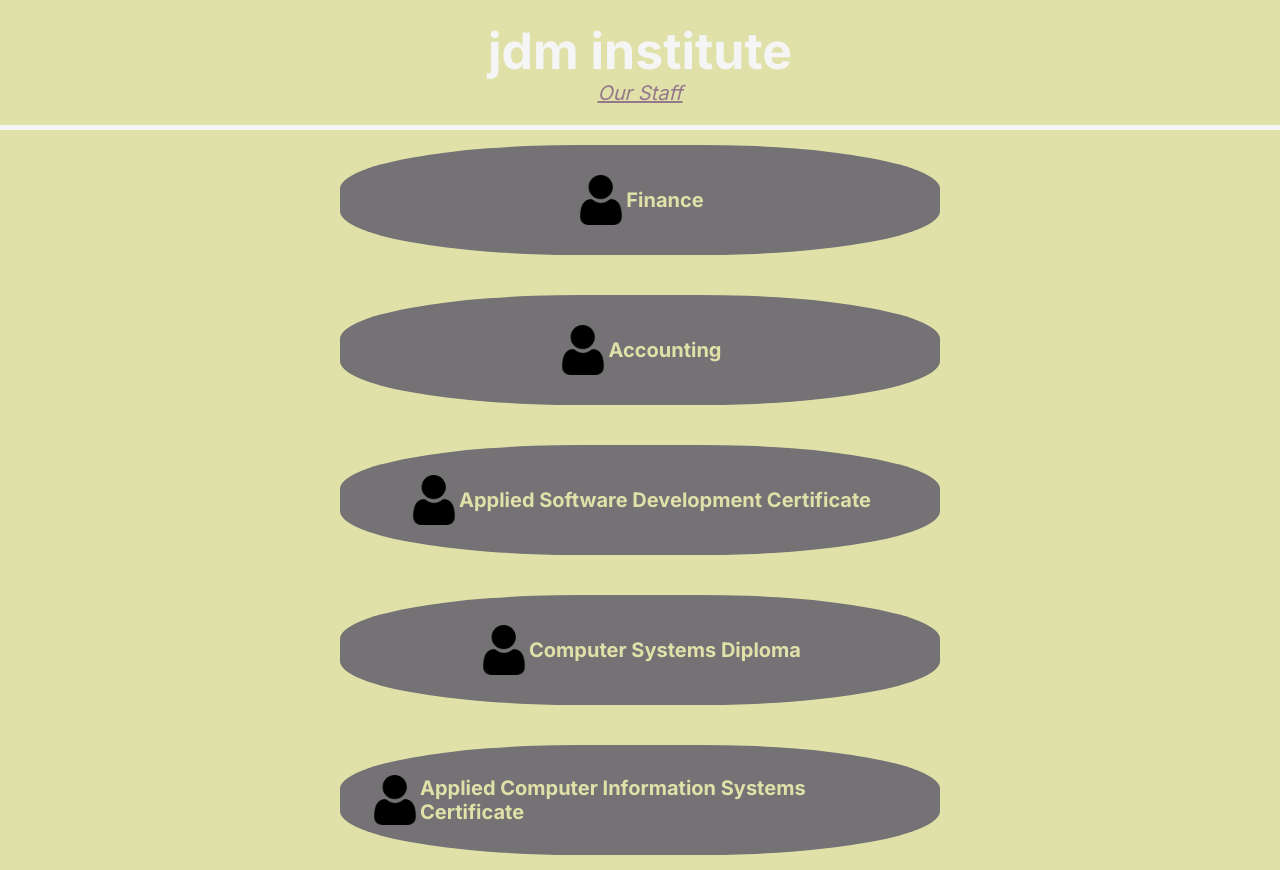
Repository: jennydmcm/class03practice
Page: /
An editor plug-in stored every save of this project. The page is shown before and after the next save, followed by the edit.
The browser window is 1280 px wide. The pictures show the whole page.
The project was rebuilt for these pictures with package versions that can differ from the ones it lists, and the page was loaded fresh each time. The framework's server and built-in components were replaced by stand-ins that run in the browser. Also part of the build but not shown: next.config.js.

Above is the page before, as saved 2023-01-25 13:05:38.

After the next save:
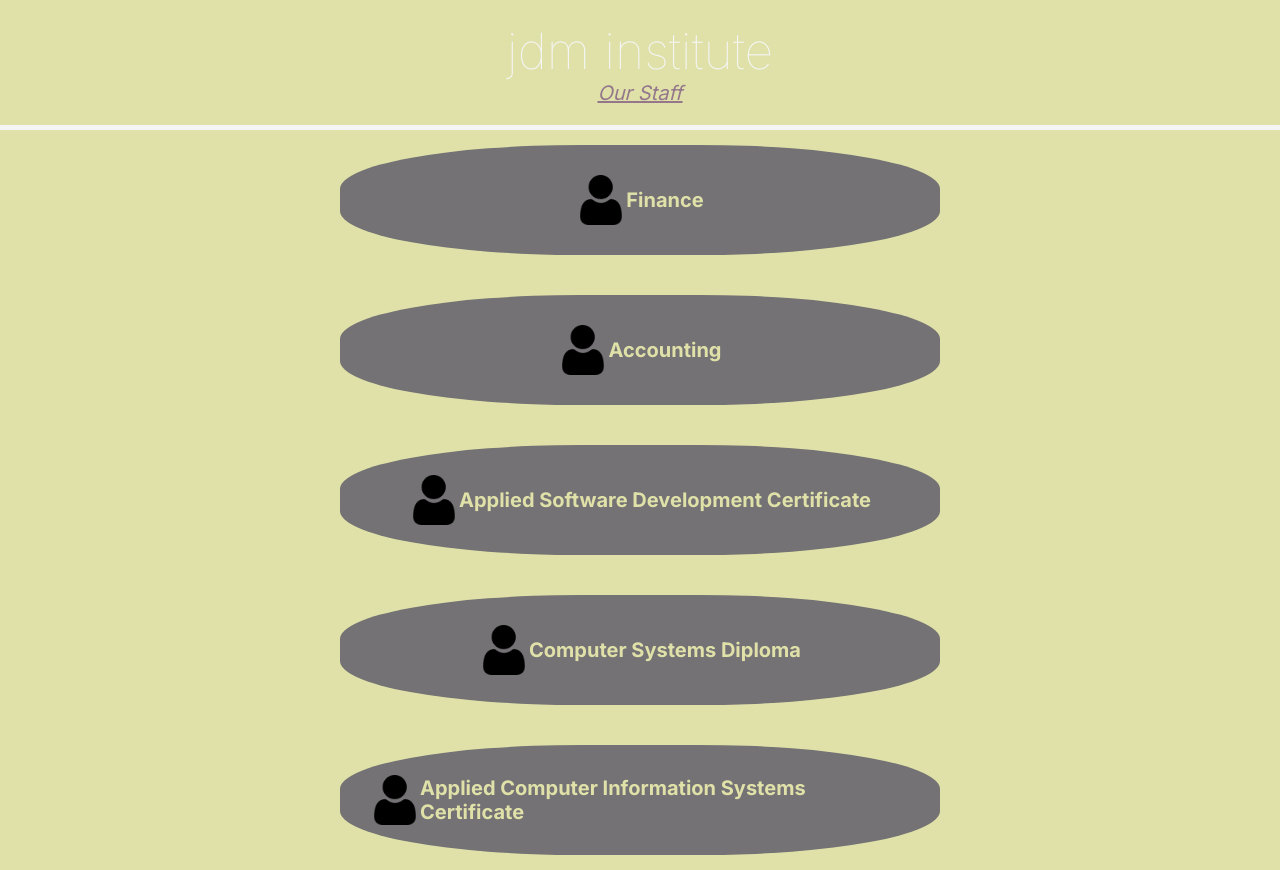
Saved 30 s later.
--- a/styles/Home.module.css
+++ b/styles/Home.module.css
@@ -23,7 +23,7 @@
 
 .navtitle{
   font-size: 50px;
-  font-weight: bold;
+  font-weight: lighter;
   font-family: 'Inter';
   color: whitesmoke;
 }
